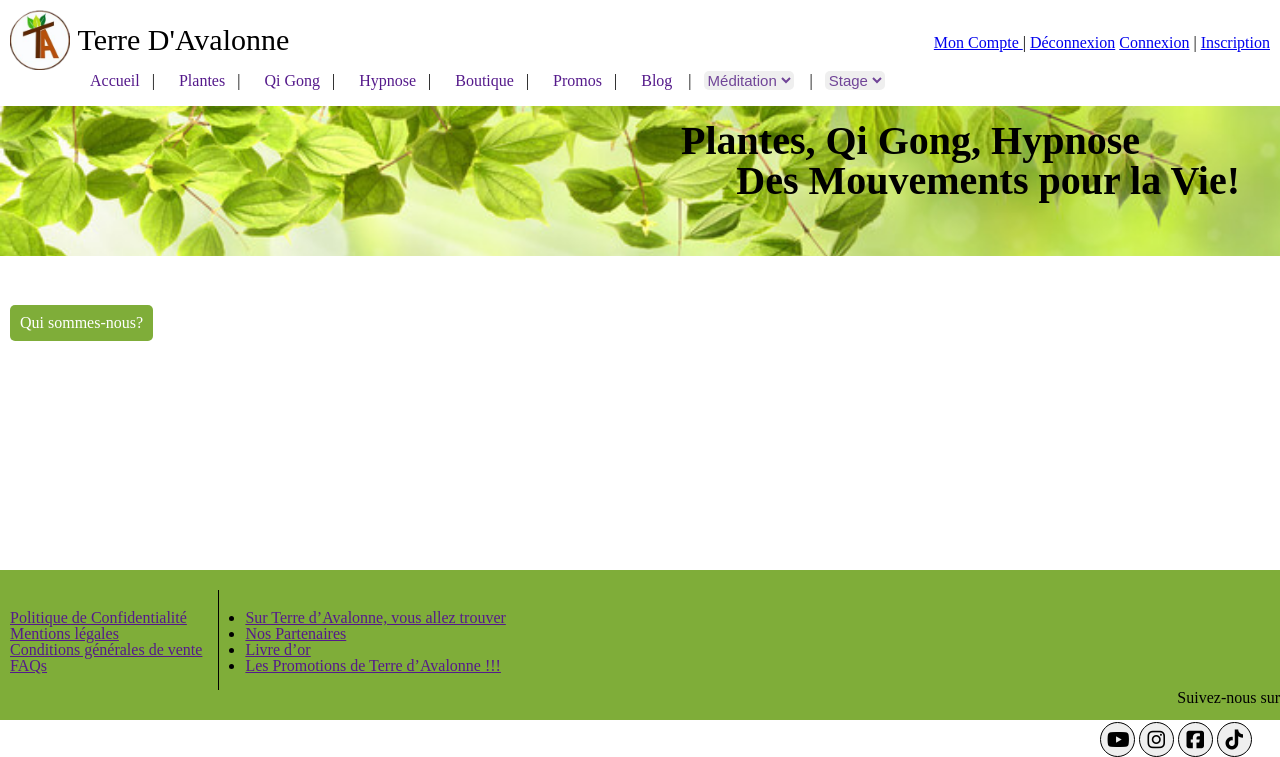
Repository: Michelhof1978/TerreDavalonne
Page: templates/base.html
These files come from the project's save history. The page is drawn as it stood at one moment and after a run of saves; the edit follows.
The browser window is 1280 px wide. The pictures show the whole page.
Some web fonts or font styles are not loaded; a fallback is used. Some web libraries are served in a nearby version.

Above is the page before, as saved 2022-05-04 15:33:31.

After the next 2 saves:
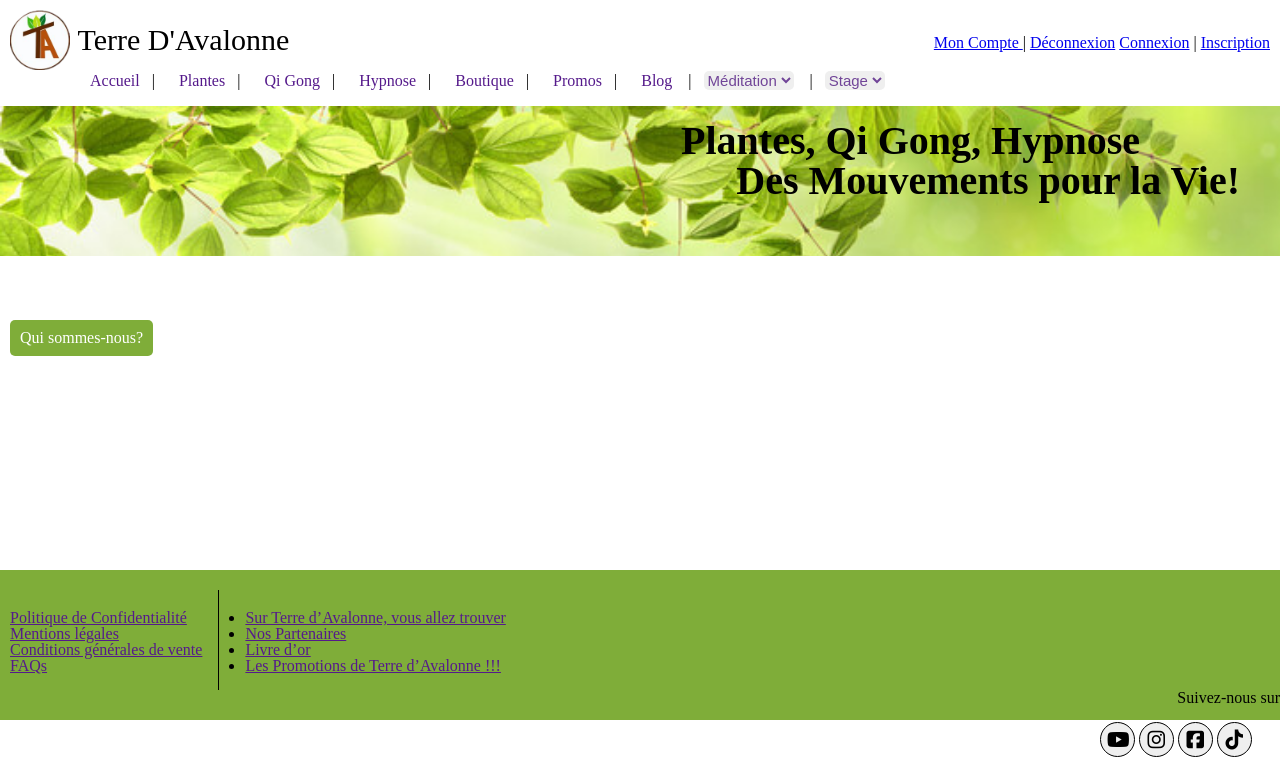
The 2 saves are shown as one change because they came seconds apart.
The last was saved 12 s later.
--- a/templates/base.html
+++ b/templates/base.html
@@ -246,7 +246,7 @@
     border-radius: 5px;
     cursor: pointer;
     position: absolute;
-    top: 41%;
+    top: 43%;
     margin: 10px;
     text-decoration: none;
     color: white;
